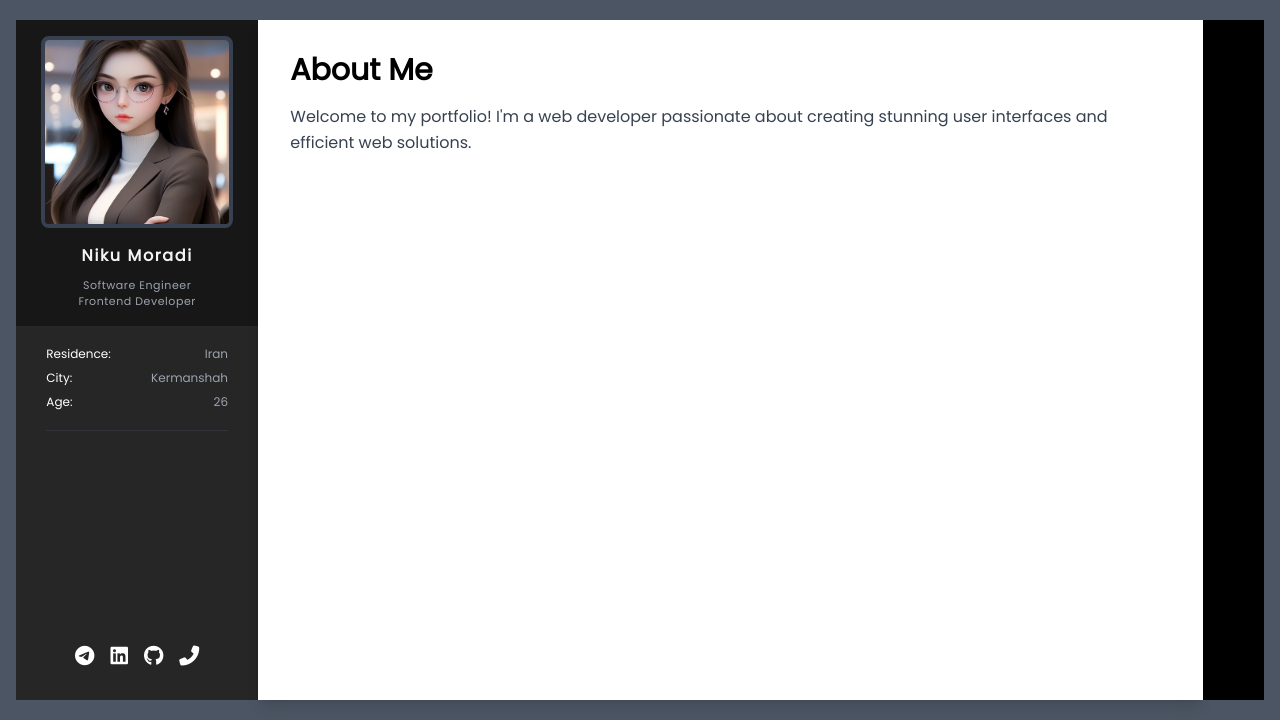
Repository: NikuMoradi/niku-moradi
Page: /
The author's editor kept a copy of each file at every save. The page is drawn from the files as they stood at one save, then again after the next save.
The browser window is 1280 px wide. The pictures show the whole page.
The project was rebuilt for these pictures with package versions that can differ from the ones it lists, and the page was loaded fresh each time. The framework's server and built-in components were replaced by stand-ins that run in the browser. Also part of the build but not shown: nuxt.config.ts, components/Blog Posts/Component-Design.vue, components/Blog.vue, components/Contact.vue, components/Education.vue, components/Experience.vue, components/Hero.vue, components/Menu.vue and 3 more.

Above is the page before, as saved 2024-11-29 11:00:24.

### assets/css/main.css
@tailwind base;
@tailwind components;
@tailwind utilities;

body {
  /* From https://css.glass */
  background: #ffffff;
  font-family: "Poppins", sans-serif;
}

@layer utilities {
}

### components/LeftPanel.vue
<template>
  <div
    class="bg-neutral-800 text-white w-80 flex flex-col items-center"
    style="height: calc(100vh - 40px)"
  >
    <!-- Header-->
    <div
      class="p-4 flex flex-col items-center justify-center bg-neutral-900 w-full"
    >
      <img
        src="../assets/img/photo_2024-11-28_10-37-05.jpg"
        alt="Profile Picture"
        class="w-48 h-48 mb-5 rounded-lg border-4 border-gray-700 object-cover object-center"
      />
      <h2
        class="text-gray-100 text-[16px] font-semibold tracking-widest leading-[16.8px] mb-3"
      >
        Niku Moradi
      </h2>
      <p
        class="text-gray-400 text-[11px] font-light tracking-wider leading-[16.5px]"
      >
        Software Engineer
      </p>
      <p
        class="text-gray-400 text-[11px] font-light tracking-wider leading-[16.5px]"
      >
        Frontend Developer
      </p>
    </div>

    <div class="flex flex-col w-3/4">
      <!-- table -->
      <div class="py-5 text-xs">
        <ul class="space-y-2">
          <li class="flex justify-between">
            <h6>Residence:</h6>
            <span class="text-gray-400">Iran</span>
          </li>
          <li class="flex justify-between">
            <h6>City:</h6>
            <span class="text-gray-400">Kermanshah</span>
          </li>
          <li class="flex justify-between">
            <h6>Age:</h6>
            <span class="text-gray-400">26</span>
          </li>
        </ul>
      </div>
      <!-- divider -->
      <div class="w-full h-px bg-gray-600 opacity-30"></div>
    </div>

    <!-- Social Links -->
    <div class="py-8 text-center mt-auto text-white">
      <div class="space-x-4">
        <a
          href="https://t.me/yourusername"
          target="_blank"
          class="text-white hover:text-blue-400"
        >
          <i class="fab fa-telegram fa-lg"></i>
        </a>
        <a
          href="https://linkedin.com/in/yourusername"
          target="_blank"
          class="text-white hover:text-blue-600"
        >
          <i class="fab fa-linkedin fa-lg"></i>
        </a>
        <a
          href="https://github.com/yourusername"
          target="_blank"
          class="text-white hover:text-gray-700"
        >
          <i class="fab fa-github fa-lg"></i>
        </a>
        <a href="tel:+1234567890" class="text-white hover:text-green-400">
          <i class="fas fa-phone-alt fa-lg"></i>
        </a>
      </div>
    </div>
  </div>
</template>

### components/RightPanel.vue
<template>
  <div class="bg-black w-20" style="height: calc(100vh - 40px)"></div>
</template>

### layouts/default.vue
<template>
  <div class="flex justify-center items-center min-h-screen bg-gray-600 px-4">
    <LeftPanel />

    <!-- Fixed Width Centered Card -->
    <div
      class="bg-white shadow-lg w-full max-w-5xl overflow-hidden"
      style="height: calc(100vh - 40px)"
    >
      <!-- Scrollable Content -->
      <div class="overflow-y-auto h-full scrollbar-hide">
        <NuxtPage />
      </div>
    </div>
    <!-- Right Panel -->
    <RightPanel />
  </div>
</template>

<style>
/* Add any custom global styles here */
body {
  background: linear-gradient(to bottom, #f0f0f0, #d0d0d0);
}
</style>

### app.vue
<!-- The app.vue is just holding the layout container and serving as the root.
 The default.vue layout handles the overall structure of the page.
All content from your pages will automatically be placed inside the NuxtPage slot of the layout.-->
<template>
  <NuxtLayout />
</template>

### pages/index.vue
<template>
  <div class="p-8">
    <h1 class="text-3xl font-bold mb-4">About Me</h1>
    <p class="text-gray-700 leading-relaxed">
      Welcome to my portfolio! I'm a web developer passionate about creating
      stunning user interfaces and efficient web solutions.
    </p>
  </div>
</template>

### tailwind.config.js
/** @type {import('tailwindcss').Config} */
export default {
  content: [
    "./components/**/*.{js,vue,ts}",
    "./layouts/**/*.vue",
    "./pages/**/*.vue",
    "./plugins/**/*.{js,ts}",
    "./app.vue",
    "./error.vue",
  ],
  theme: {
    extend: {},
  },
  plugins: [require("tailwind-scrollbar-hide")],
};

Loaded but not shown: plugins/aos.client.js (no copy from this time; the picture is the same without it)

After the next save:
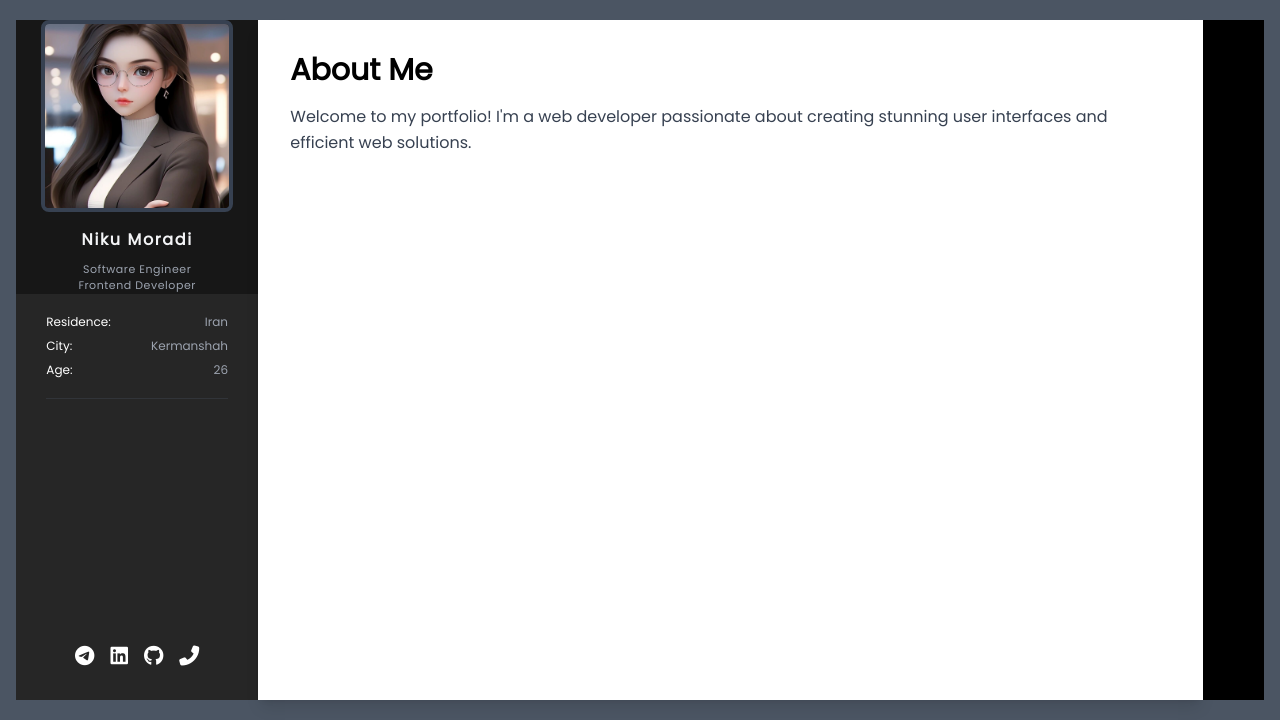
Saved 19 s later.
--- a/components/LeftPanel.vue
+++ b/components/LeftPanel.vue
@@ -5,7 +5,7 @@
   >
     <!-- Header-->
     <div
-      class="p-4 flex flex-col items-center justify-center bg-neutral-900 w-full"
+      class="flex flex-col items-center justify-center bg-neutral-900 w-full"
     >
       <img
         src="../assets/img/photo_2024-11-28_10-37-05.jpg"

After the save that followed:
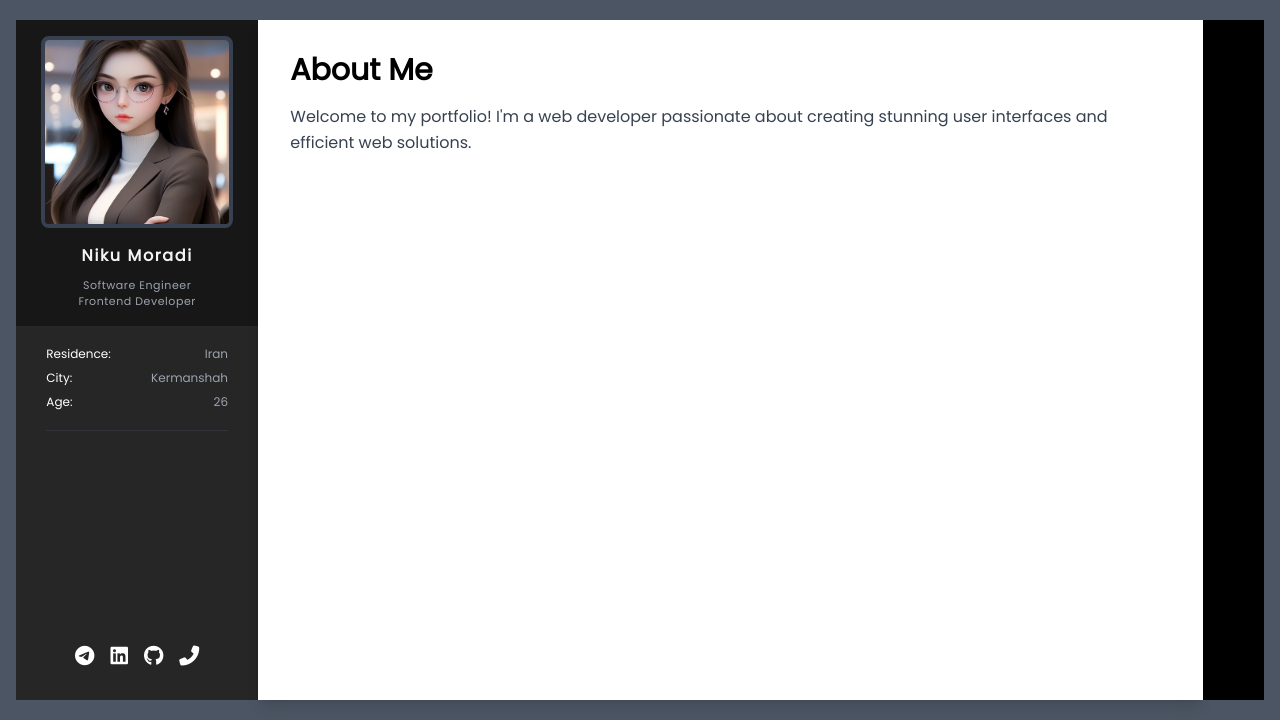
Saved 6 s later.
--- a/components/LeftPanel.vue
+++ b/components/LeftPanel.vue
@@ -5,7 +5,7 @@
   >
     <!-- Header-->
     <div
-      class="flex flex-col items-center justify-center bg-neutral-900 w-full"
+      class="p-4 flex flex-col items-center justify-center bg-neutral-900 w-full"
     >
       <img
         src="../assets/img/photo_2024-11-28_10-37-05.jpg"
